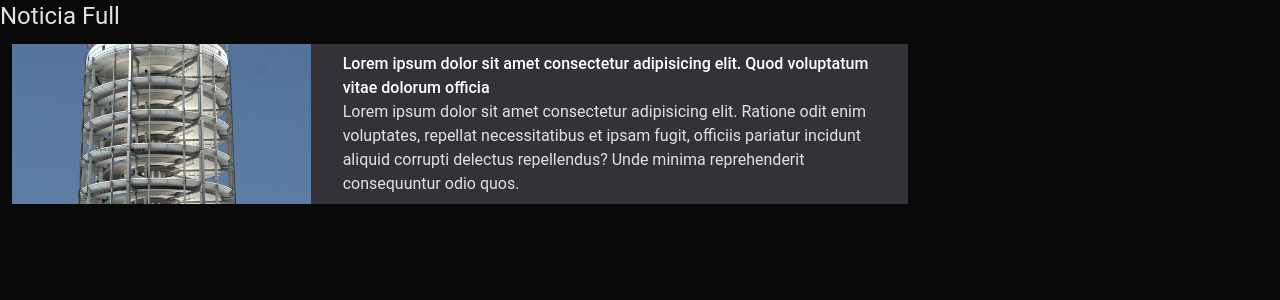
Repository: weltergab/Your-News-2-prismic-cms
Page: /noticiafull
The author's editor kept a copy of each file at every save. The page is drawn from the files as they stood at one save, then again after the next save.
The browser window is 1280 px wide. The pictures show the whole page.
The project was rebuilt for these pictures with package versions that can differ from the ones it lists, and the page was loaded fresh each time. The framework's server and built-in components were replaced by stand-ins that run in the browser. Also part of the build but not shown: next.config.js.

Above is the page before, as saved 2023-04-27 21:48:48.

After the next save:
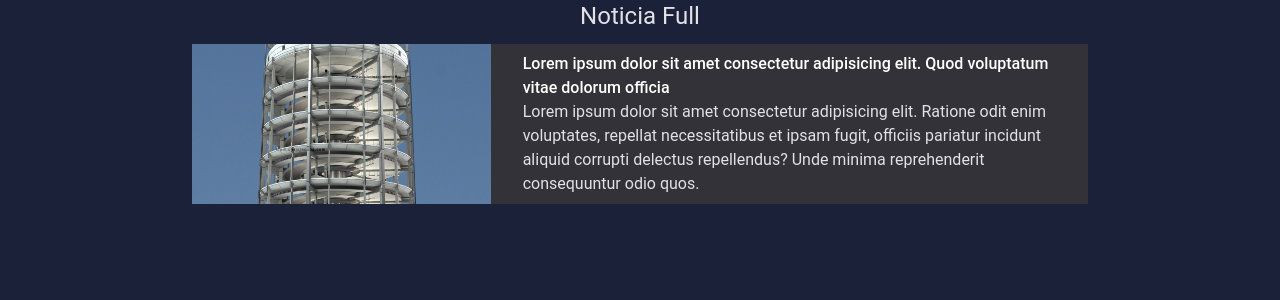
Saved 57 s later.
--- a/src/pages/noticiafull/index.tsx
+++ b/src/pages/noticiafull/index.tsx
@@ -3,23 +3,24 @@ import Image from "next/image";
 function NoticiaFull() {
 
   return (
-    <div>
+    <div className='bg-blue-700 bg-center bg-cover bg-no-repeat min-h-screen items-center flex flex-col'>
+
       <h1>Noticia Full</h1>
+      <div className="bg-gray-500 my-3 items-center flex flex-row h-32 md:h-40 mx-3 max-w-4xl">
+        <div className="h-full w-2/6 border-blue-200 bg-green-300 relative overflow-hidden">
+          <Image
+            src="/vert.jpg"
+            alt="Minha imagem"
+            fill
+            style={{ objectFit: 'cover' }} // object-fit: "contain"
+          />
+        </div>
+        <div className="h-full w-4/6 px-6 border-8 border-gray-500 by-5 overflow-hidden flex flex-col relative">
+          <h2 className="text-white font-medium">Lorem ipsum dolor sit amet consectetur adipisicing elit. Quod voluptatum vitae dolorum officia</h2>
+          <p className="hidden md:block">Lorem ipsum dolor sit amet consectetur adipisicing elit. Ratione odit enim voluptates, repellat necessitatibus et ipsam fugit, officiis pariatur incidunt aliquid corrupti delectus repellendus? Unde minima reprehenderit consequuntur odio quos.</p>
+        </div>
+      </div>
 
-      <div className="bg-gray-500 my-3 items-center flex flex-row h-32 md:h-40 mx-3 max-w-4xl">
-      <div className="h-full w-2/6 border-blue-200 bg-green-300 relative overflow-hidden">
-        <Image
-          src="/vert.jpg"
-          alt="Minha imagem"
-          fill
-          style={{ objectFit: 'cover' }} // object-fit: "contain"
-        />
-      </div>
-      <div className="h-full w-4/6 px-6 border-8 border-gray-500 by-5 overflow-hidden flex flex-col relative">
-        <h2 className="text-white font-medium">Lorem ipsum dolor sit amet consectetur adipisicing elit. Quod voluptatum vitae dolorum officia</h2>
-        <p className="hidden md:block">Lorem ipsum dolor sit amet consectetur adipisicing elit. Ratione odit enim voluptates, repellat necessitatibus et ipsam fugit, officiis pariatur incidunt aliquid corrupti delectus repellendus? Unde minima reprehenderit consequuntur odio quos.</p>
-      </div>
-    </div>
     </div>
   )
 }
